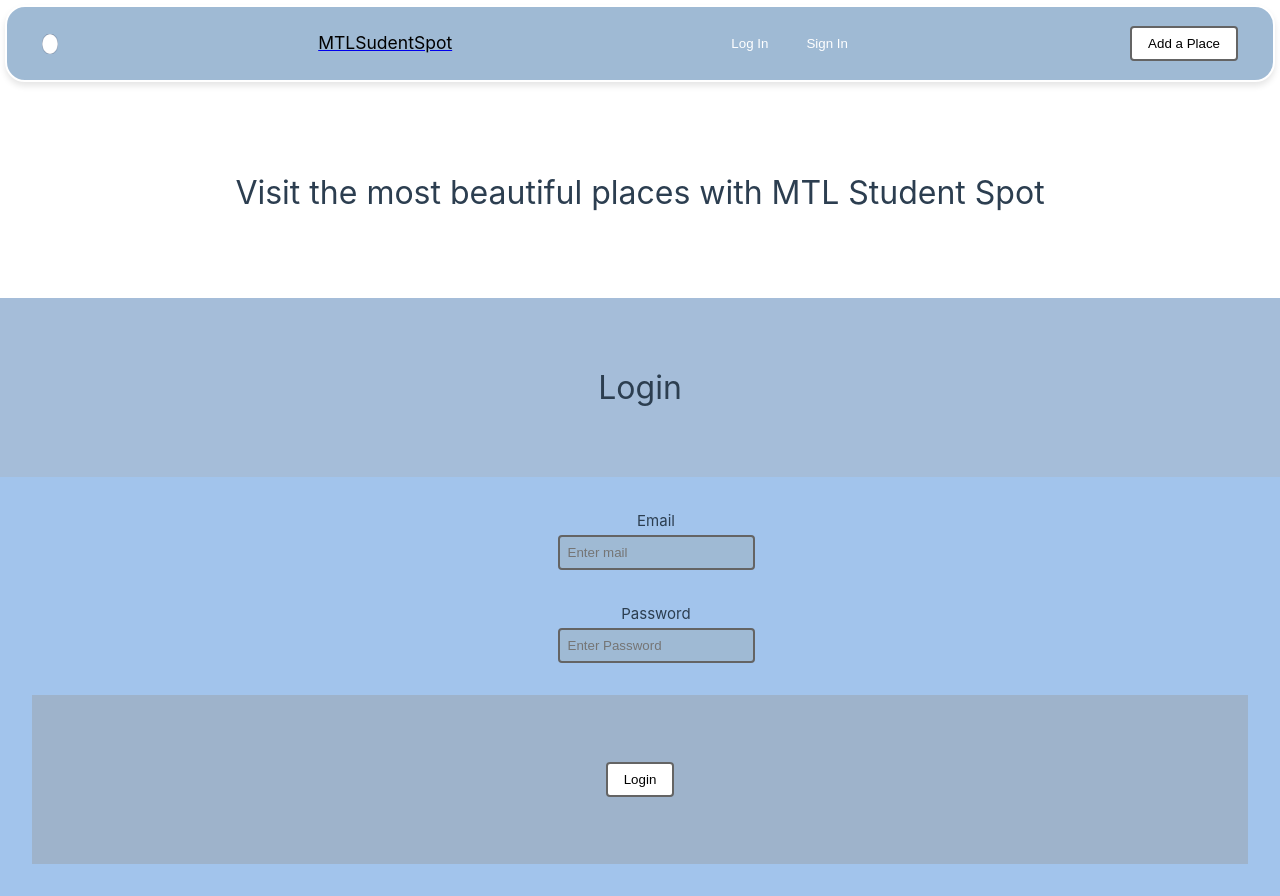
Repository: KevMn6ix/MOD8-2232-GRA-Damois-Leroi--Morant-Munto
Page: /login (app in client/)
These files come from the project's save history. The page is drawn as it stood at one moment and after the next save; the edit follows.
The browser window is 1280 px wide. The pictures show the whole page.
The project was rebuilt for these pictures with package versions that can differ from the ones it lists, and the page was loaded fresh each time. Also part of the build but not shown: client/vite.config.js, client/src/components/HelloWorld.vue, client/src/components/RowLandingPage.vue, client/src/components/PlaceItem.vue, client/server/services/places-service.js, client/src/components/PlaceList.vue, client/src/views/HomeView.vue.

Above is the page before, as saved 2023-10-18 15:24:59.

### client/index.html
<!DOCTYPE html>
<html lang="en">
  <head>
    <meta charset="UTF-8">
    <link rel="icon" href="/favicon.ico">
    <link href="https://cdnjs.cloudflare.com/ajax/libs/font-awesome/5.15.3/css/all.min.css" rel="stylesheet">

    <meta name="viewport" content="width=device-width, initial-scale=1.0">
    <title>Vite App</title>
  </head>
  <body>
    <div id="app"></div>
    <script type="module" src="/src/main.js"></script>
  </body>
</html>

### client/src/assets/main.css
@import './base.css';
/*
#app {
  max-width: 1280px;
  margin: 0 auto;
  padding: 2rem;

  font-weight: normal;
}

a,
.green {
  text-decoration: none;
  color: hsla(160, 100%, 37%, 1);
  transition: 0.4s;
}

@media (hover: hover) {
  a:hover {
    background-color: hsla(160, 100%, 37%, 0.2);
  }
}

@media (min-width: 1024px) {
  body {
    display: flex;
    place-items: center;
  }

  #app {
    display: grid;
    grid-template-columns: 1fr 1fr;
    padding: 0 2rem;
  }
}
*/
@media (prefers-color-scheme: dark) {
  button {
    color:black;
  }
  input {
    color: white;
    background-color: black;
  }
}

### client/src/App.vue
<script setup>
import { RouterLink, RouterView } from 'vue-router'
import HelloWorld from './components/HelloWorld.vue'
</script>

<template >
  <RouterView />

</template>

<style scoped>
template {
  display: flex;
  flex-direction: column;
}

header {
  line-height: 1.5;
  max-height: 100vh;
}

.logo {
  display: block;
  margin: 0 auto 2rem;
}

nav {
  width: 100%;
  font-size: 12px;
  text-align: center;
  margin-top: 2rem;
}

nav a.router-link-exact-active {
  color: var(--color-text);
}

nav a.router-link-exact-active:hover {
  background-color: transparent;
}

nav a {
  display: inline-block;
  padding: 0 1rem;
  border-left: 1px solid var(--color-border);
}

nav a:first-of-type {
  border: 0;
}

@media (min-width: 1024px) {
  header {
    display: flex;
    place-items: center;
    padding-right: calc(var(--section-gap) / 2);
  }

  .logo {
    margin: 0 2rem 0 0;
  }

  header .wrapper {
    display: flex;
    place-items: flex-start;
    flex-wrap: wrap;
  }

  nav {
    text-align: left;
    margin-left: -1rem;
    font-size: 1rem;

    padding: 1rem 0;
    margin-top: 1rem;
  }
}
</style>

### client/src/router/index.js
import { createRouter, createWebHistory } from 'vue-router'
import HomeView from '../views/HomeView.vue'

const router = createRouter({
  history: createWebHistory(import.meta.env.BASE_URL),
  routes: [
    {
      path: '/',
      name: 'home',
      component: HomeView
    },
    {
      path: '/about',
      name: 'about',
      // route level code-splitting
      // this generates a separate chunk (About.[hash].js) for this route
      // which is lazy-loaded when the route is visited.
      component: () => import('../views/AboutView.vue')
    },
    {
      path: '/login',
      name: 'login',

      component: () => import('../views/LoginPage.vue')
    },
    {
      path: '/register',
      name:'register',

      component: () => import('../views/RegisterPage.vue')
    },
    {
      path: '/places/:types',
      name: 'PlacesList',

      component: () => import('../views/PlaceListView.vue')
    },
    {
      path: '/places/review/:id',
      name : 'review',

      component: () => import('../views/PlaceReview.vue')
    },
    {

      path: '/places/:types/:id',
      name: 'PlacePage',

      component: () => import('../views/PlacesPage.vue')

    },
    {
      path: '/places/add',
      name: 'AddPlace',

      component: () => import('../views/AddPageView.vue')
    }
  ]
})

export default router

### client/src/views/LoginPage.vue
<script setup>
import Login from '../components/Login.vue'
import BarOutsideHome from '../components/BarOutsideHome.vue';
</script>

<template>
<header>
    <BarOutsideHome/>
</header>
    <Login />
</template>

<style>

</style>

### client/src/components/NavBar.vue
<script setup>
import { ref } from 'vue'
import LoginPage from '../views/LoginPage.vue'
import TheSubHeader from './TheSubHeader.vue';
const emit = defineEmits(['user-input'])
const UserInput = ref('')
function sendUserInput() {
    console.log(UserInput.value)
    emit('user-input', UserInput.value)
}
</script>
/** This component is hte bar at the top of the screen */
<template>
    <nav id="head-bar">
        <img src="../assets/logoMTL.png">
        <h3>
            MTLSudentSpot
        </h3>
        <input type="text" v-model="UserInput" @input="sendUserInput">
        <div>
        <router-link to='/login'>
        <button>
            Log In
        </button>
        </router-link>
        <router-link to="/register">
        <button>
            Sign In
        </button>
        </router-link>
    </div>
    <div id="sub-header">
    <TheSubHeader/></div>
    </nav>

</template>
<style>

:root{

    --color-navbar: #9fbad4;
    --text-navbar-color-default: #000;
    --color-input: #9fbad4;
    --button-border: #646464;
    --color-button: #fff;
    --button-hover: #7faedc;
}

@media (prefers-color-scheme: dark){

    :root{

        --text-navbar-color-default: #FFF;
        --color-navbar: #211f1f;
        --color-input: #312e2e;
        --button-border: #646464;
        --color-button: #312e2e;
        --button-hover: #646464;

    }

}

nav {
    display: flex;
    justify-content: space-between;
    align-items: center;
    background-color: var(--color-navbar);
    padding: 1rem 2rem;
    box-shadow: 0 4px 6px rgba(0, 0, 0, 0.1);
    border-bottom: 2px solid rgba(0, 0, 0, 0.1);
    border-radius: 20px;
    border: 2px solid var(--button-border);
    margin: 5px;
    flex-grow: 3;
    gap: 20px;
}

h3{

    color: var(--text-navbar-color-default);

}

button {
    background-color: var(--color-button);
    color: var(--text-navbar-color-default);
    border: none;
    padding: 0.5rem 1rem;
    border-radius: 0.25rem;
    cursor: pointer;
    transition: background-color 0.3s ease;
    margin: 3px;
    border: 2px solid var(--button-border);
}

button:hover {
    background-color: var(--button-hover);
}

button:visited {
    color: white; /* Set the text color to yellow when the button is active (clicked) */
}

img {
    height: 20px;
    width: 16px;
}

input {
    flex-grow: 3;
    padding: 0.5rem;
    border: none;
    border-radius: 0.25rem;
    background-color: var(--color-input);
    color: var(--text-navbar-color-default);
    border: 2px solid var(--button-border);
    margin: 0 1rem;
}

#sub-header {
    text-align: center;
}
</style>

### client/src/components/Login.vue
<script>
import AuthentificationService from '@/services/AuthentificationService';

export default {
    name: 'LoginForm',
    data() {
        return {
            email: '',
            password: '',
        };
    },
    methods : {
        async login () {
            const response = await AuthentificationService.login({
                email: this.email,
                password: this.password
            })
            console.log(response)
        }
    }

}

</script>

<template>
    <div class="title-container">
        <h1>Visit the most beautiful places with MTL Student Spot</h1>
    </div>

    <div class="login-container">
        <h2>Login</h2>
    </div>

    <form class="form-container" @submit.prevent="login" >
        <div class="input-pair">
            <label for="">Email</label>
            <input type="text" placeholder="Enter mail">
        </div>

        <div class="input-pair">
            <label for="">Password</label>
            <input type="text" placeholder="Enter Password">
        </div>

        <div class="button-container">
            <button class="submit">Login</button>
        </div>
    </form>


</template>

<style scoped >

.title-container h1{
    padding: 5rem;
    font-size: 2rem;
    text-align: center;
}

.login-container {
    background-color: #A5BDD9;
    padding: 4rem;
    text-align: center;
}

h2{
    font-size: 2rem;
}

.form-container{
    background-color: #a2c4ec;;
    display: flex;
    flex-direction: column;
    padding: 2rem;
    gap: 2rem;
}

.input-pair{
    display: flex;
    flex-direction: column;
    align-items: center;
    padding-left: 2rem;
    gap: 0.1rem;
}


.button-container {
    background-color: #9EB3CB;
    padding: 4rem ;
    display: flex;
  justify-content: center;
  align-items: center;
}

@media (prefers-color-scheme: dark) {
    .login-container {
        background-color: #a5bdd957;
    }
    .form-container {
        background-color: #a2c4ec75;
    }
    .button-container {
        background-color: #9eb3cb48;
    }
}

</style>

### client/src/components/BarOutsideHome.vue
<script setup>
import { ref } from 'vue'
import LoginPage from '../views/LoginPage.vue'
import { RouterLink } from 'vue-router';
import TheSubHeader from './TheSubHeader.vue';
const emit = defineEmits(['user-input'])
const UserInput = ref('')
function sendUserInput() {
    console.log(UserInput.value)
    emit('user-input', UserInput.value)
}
</script>
/** This component is the bar at the top of the screen */
<template>
    <nav id="head-bar">
        <img src="../assets/logoMTL.png">
        <RouterLink to="/">
        <h3>
            MTLSudentSpot
        </h3>
        </RouterLink>

        <div>
        <router-link to='/login'>
        <button>
            Log In
        </button>
        </router-link>
        <router-link to="/register">
        <button>
           Sign In
        </button>
    </router-link>
    </div>
    <div id="sub-header">
<TheSubHeader/></div>
</nav>

</template>
<style scoped>

:root{

--color-navbar: #9fbad4;
--text-navbar-color-default: #000;
--color-input: #9fbad4;
--button-border: #646464;
--color-button: #fff;
--button-hover: #7faedc;
}

@media (prefers-color-scheme: dark){

:root{

    --text-navbar-color-default: #FFF;
    --color-navbar: #211f1f;
    --color-input: #312e2e;
    --button-border: #646464;
    --color-button: #312e2e;
    --button-hover: #646464;

}

}

#head-bar {
    display: flex;
    justify-content: space-between;
    align-items: center;
    padding: 1rem 2rem;
    background-color: var(--color-navbar);

    box-shadow: 0 4px 6px rgba(0, 0, 0, 0.1);
    border: 2px solid white;
}

h3{

color: var(--text-navbar-color-default);

}

button {
    background-color: var(--color-background-travel);
    color: #FFF;
    border: none;
    padding: 0.5rem 1rem;
    border-radius: 0.25rem;
    cursor: pointer;
    transition: background-color 0.3s ease;
}

button:hover {
    background-color: #7faedc;
}

img {
    height: 20px;
    width: 16px;
    margin-left: 3px;
}

input {
    flex-grow: 3;
    padding: 0.5rem;
    border: none;
    border-radius: 0.25rem;
    background-color: var(--color-background-default);
    color: var(--text-color-default);
    margin: 0 1rem;
}

#sub-header {
    text-align: center;
}
</style>

### client/src/components/TheSubHeader.vue
<script setup>
import { RouterLink } from 'vue-router';
</script>
<template>
  <RouterLink to="/places/add">
    <button>
       Add a Place
    </button>
  </RouterLink>
</template>
<style scoped>
:root {
  --light-color-background-restaurant: #A5BDD9;
    --light-color-background-travel: #a2c4ec;
    --light-color-background-activity: #9EB3CB;
    --dark-color-background-restaurant: #a2c4ec9d;
    --dark-color-background-travel: #a5bdd971;
    --dark-color-background-activity: #9eb3cb0e;
    --color-background-restaurant: var(--light-color-background-restaurant);
    --color-background-travel: var(--light-color-background-travel);
    --color-background-activity: var(--light-color-background-activity);
    @media (prefers-color-scheme: dark) {
      --color-background-restaurant: var(--dark-color-background-restaurant);
        --color-background-travel: var(--dark-color-background-travel);
        --color-background-activity: var(--dark-color-background-activity);
    }
}
p {
    min-width: 333px;
    text-align: center;
    size: 50%;
    padding: 0;
    margin: 0;
}
</style>

### client/src/services/AuthentificationService.js
import Api from "./Api"

export default {
    register (creditentials) {
        return Api().post('register', creditentials)
    },

    login(creditentials) {
        return Api().post('login', creditentials)
    }
}

// AuthentificationService.register({
//   email: 'testing@gmail.com',
//   password: '123456'
//  })

Loaded but not shown: client/src/main.js (common file); client/src/assets/base.css (common file); client/src/services/Api.js (common file)

After the next save:
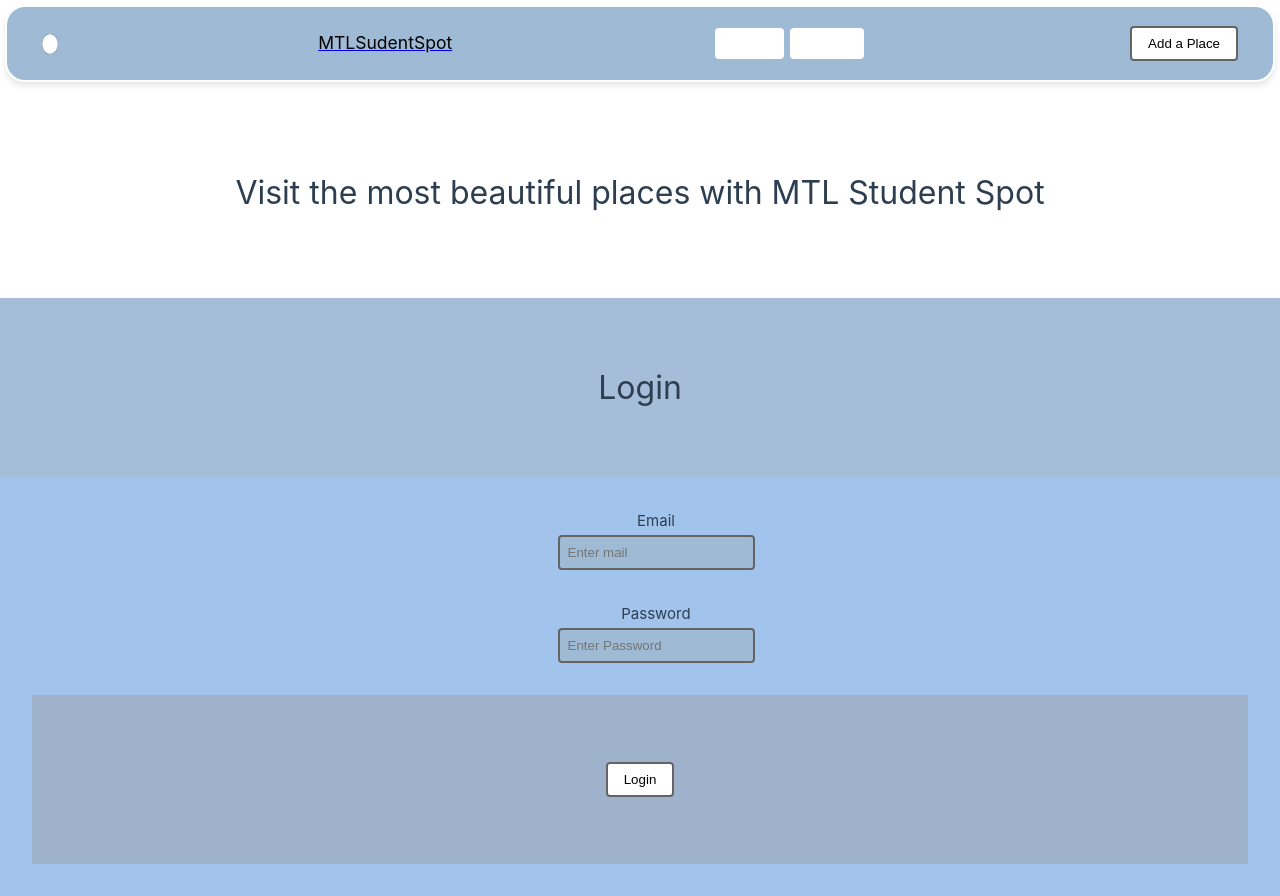
Saved 17 s later.
--- a/client/src/components/BarOutsideHome.vue
+++ b/client/src/components/BarOutsideHome.vue
@@ -70,7 +70,6 @@ function sendUserInput() {
     align-items: center;
     padding: 1rem 2rem;
     background-color: var(--color-navbar);
-
     box-shadow: 0 4px 6px rgba(0, 0, 0, 0.1);
     border: 2px solid white;
 }
@@ -82,7 +81,7 @@ color: var(--text-navbar-color-default);
 }
 
 button {
-    background-color: var(--color-background-travel);
+    background-color: var(--color-button);
     color: #FFF;
     border: none;
     padding: 0.5rem 1rem;
